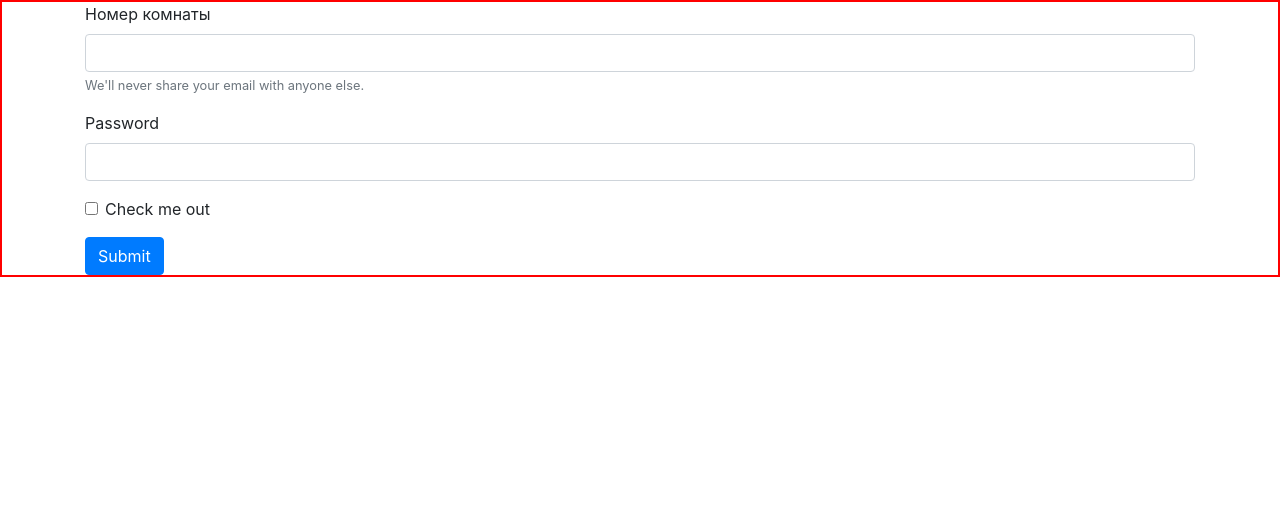
Repository: Hansol46/react-chat
Page: /
The author's editor kept a copy of each file at every save. The page is drawn from the files as they stood at one save, then again after the next save.
The browser window is 1280 px wide. The pictures show the whole page.
The project was rebuilt for these pictures with package versions that can differ from the ones it lists, and the page was loaded fresh each time.

Above is the page before, as saved 2020-09-06 21:51:29.

After the next save:
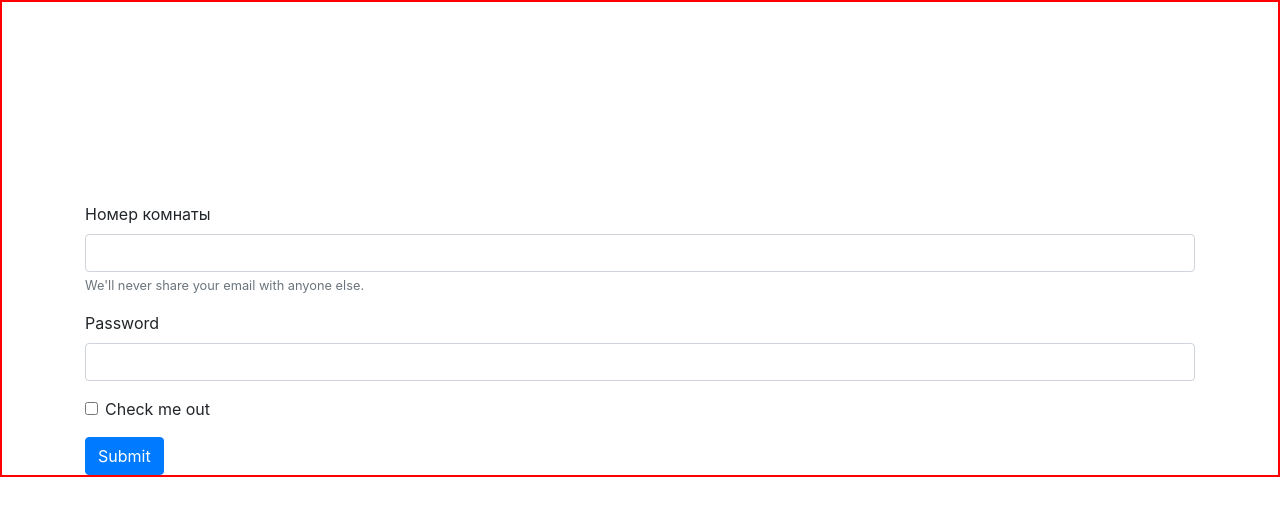
Saved 9 s later.
--- a/src/App.css
+++ b/src/App.css
@@ -1,3 +1,4 @@
 .App {
   border: 2px solid red;
+  padding-top: 200px;
 }
